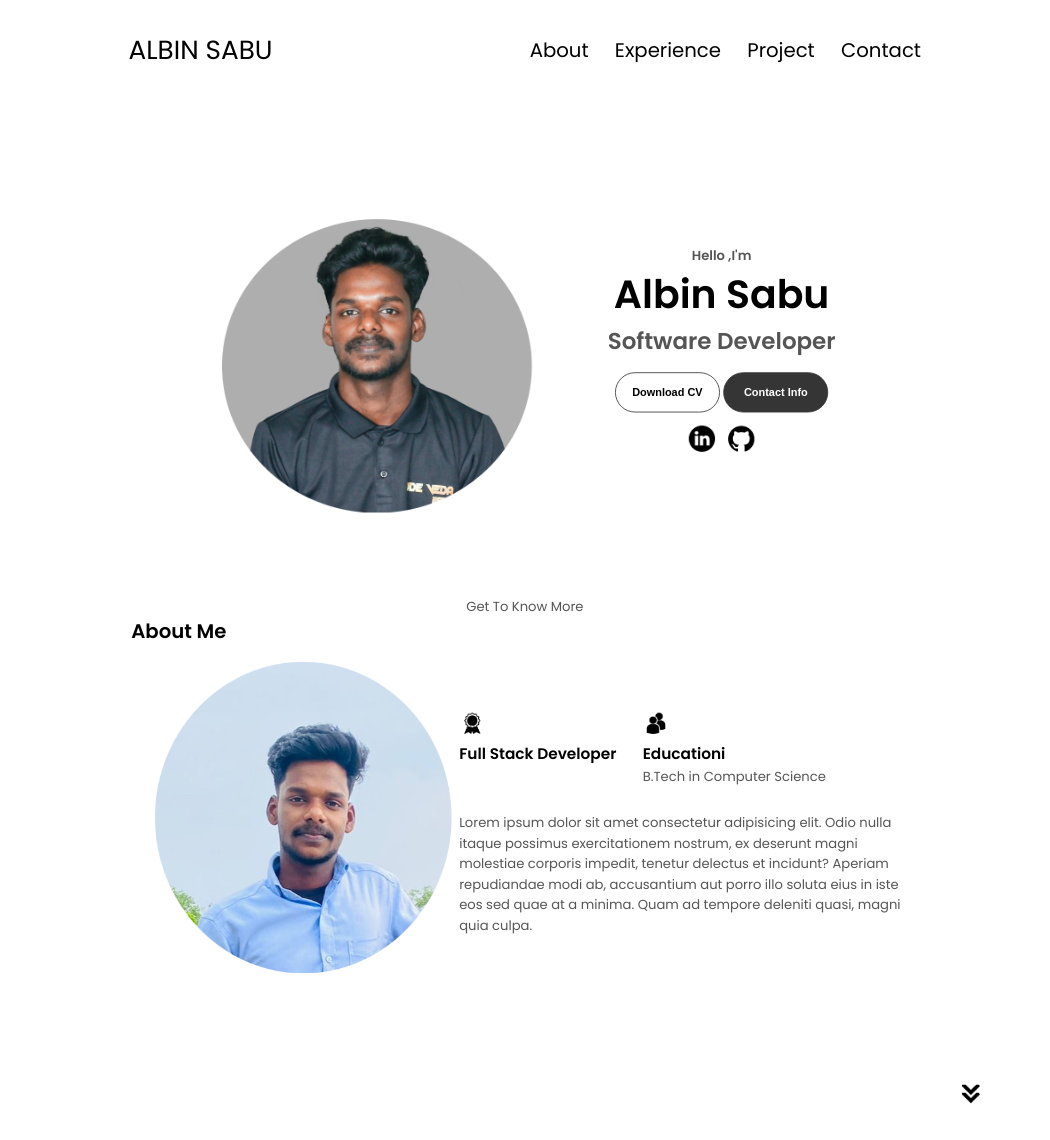
Repository: albinsabu2023/albinsabu
Page: index.html
An editor plug-in stored every save of this project. The page is shown before and after the next save, followed by the edit.
The browser window is 1280 px wide. The pictures show the whole page, at 82% of full size.

Above is the page before, as saved 2023-08-30 12:15:22.

After the next save:
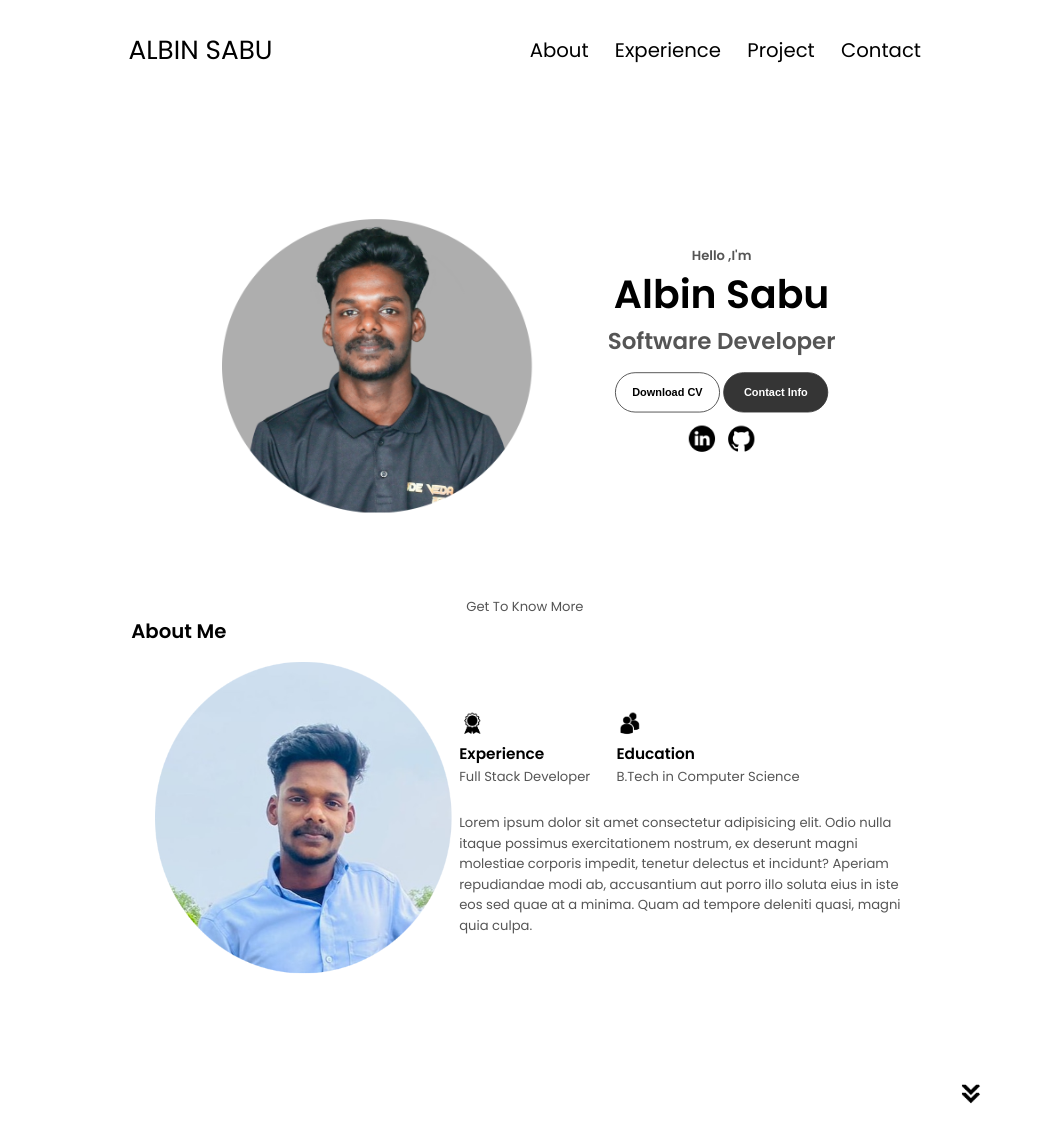
Saved 82 s later.
--- a/index.html
+++ b/index.html
@@ -67,11 +67,12 @@
                 <div class="about-container">
                     <div class="details-container">
                         <img src="./assets/experience.png" alt="experience icon" class="icon">
-                        <h3>Full Stack Developer</h3>
+                        <h3>Experience</h3>
+                        <p>Full Stack Developer</p>
                     </div>
                     <div class="details-container">
                         <img src="./assets/education.png" alt="experience icon" class="icon">
-                        <h3>Educationi</h3>
+                        <h3>Education</h3>
                         <p>B.Tech in Computer Science</p>
                     </div>
                 </div>
